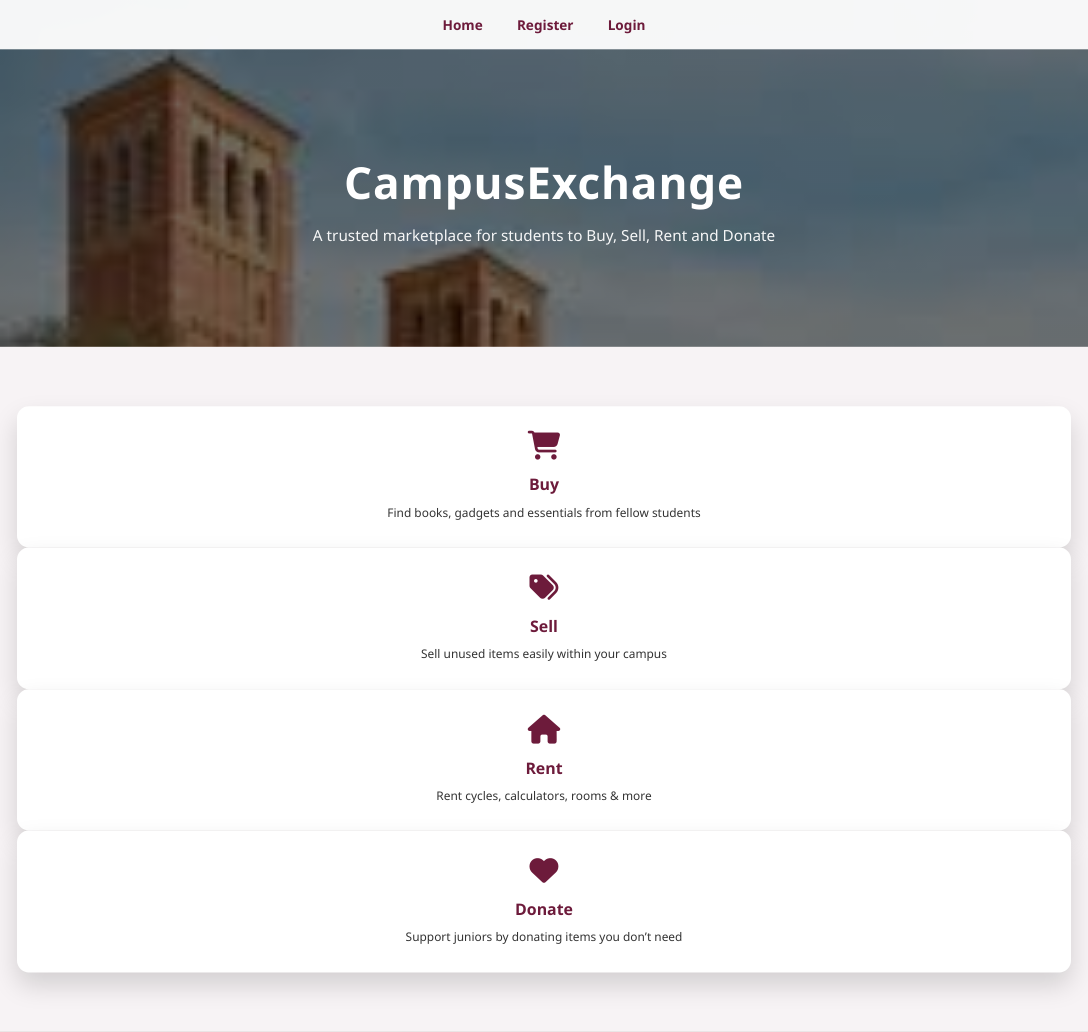
Repository: Sanjaya1822/Campus-Exchange
Page: http://localhost/CampusExchange/
An editor plug-in stored every save of this project. The page is shown before and after the next save, followed by the edit.
The browser window is 1280 px wide. The pictures show the whole page, at 85% of full size.
The page is served by Tomcat 9.

Above is the page before, as saved 2026-02-01 04:54:11.

After the next save:
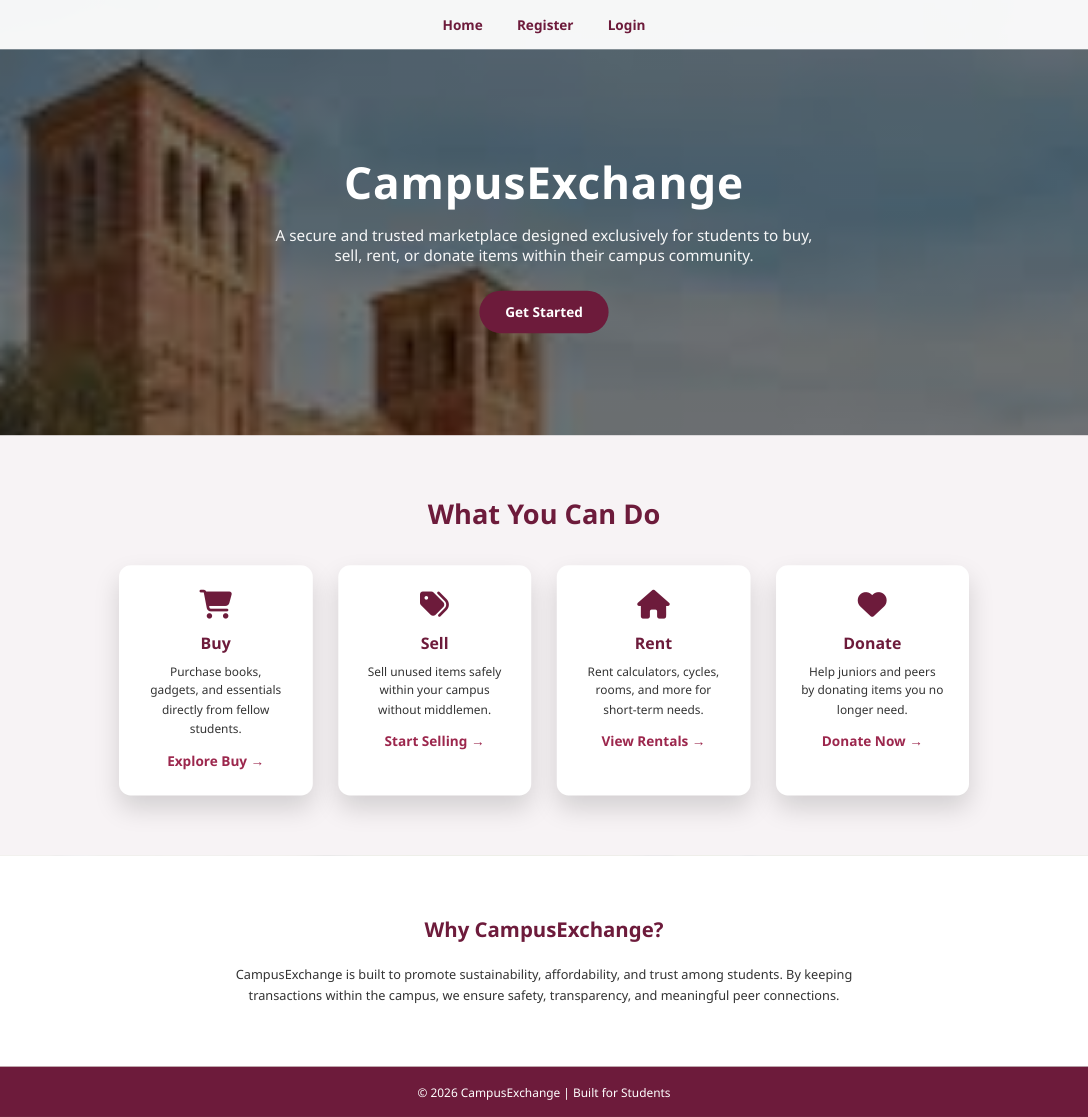
Saved 14 s later.
--- a/CampusExchange/src/main/webapp/index.jsp
+++ b/CampusExchange/src/main/webapp/index.jsp
@@ -16,42 +16,71 @@
     <a href="login.jsp">Login</a>
 </div>
 
-<!-- HERO SECTION -->
+<!-- HERO -->
 <div class="hero">
     <h1>CampusExchange</h1>
-    <p>A trusted marketplace for students to Buy, Sell, Rent and  Donate</p>
+    <p>
+        A secure and trusted marketplace designed exclusively for students
+        to buy, sell, rent, or donate items within their campus community.
+    </p>
+
+    <div class="cta">
+        <a href="login.jsp">Get Started</a>
+    </div>
 </div>
 
 <!-- FEATURES -->
 <div class="features">
+    <h2>What You Can Do</h2>
 
-    <div class="feature-card">
-        <i class="fa fa-shopping-cart"></i>
-        <h3>Buy</h3>
-        <p>Find books, gadgets and essentials from fellow students</p>
+    <div class="feature-grid">
+
+        <div class="feature-card">
+            <i class="fa fa-shopping-cart"></i>
+            <h3>Buy</h3>
+            <p>Purchase books, gadgets, and essentials directly from fellow students.</p>
+            <a href="login.jsp">Explore Buy →</a>
+        </div>
+
+        <div class="feature-card">
+            <i class="fa fa-tags"></i>
+            <h3>Sell</h3>
+            <p>Sell unused items safely within your campus without middlemen.</p>
+            <a href="login.jsp">Start Selling →</a>
+        </div>
+
+        <div class="feature-card">
+            <i class="fa fa-home"></i>
+            <h3>Rent</h3>
+            <p>Rent calculators, cycles, rooms, and more for short-term needs.</p>
+            <a href="login.jsp">View Rentals →</a>
+        </div>
+
+        <div class="feature-card">
+            <i class="fa fa-heart"></i>
+            <h3>Donate</h3>
+            <p>Help juniors and peers by donating items you no longer need.</p>
+            <a href="login.jsp">Donate Now →</a>
+        </div>
+
     </div>
+</div>
 
-    <div class="feature-card">
-        <i class="fa fa-tags"></i>
-        <h3>Sell</h3>
-        <p>Sell unused items easily within your campus</p>
-    </div>
+<!-- INFO -->
+<div class="info">
+    <h2>Why CampusExchange?</h2>
+    <p>
+        CampusExchange is built to promote sustainability, affordability,
+        and trust among students. By keeping transactions within the campus,
+        we ensure safety, transparency, and meaningful peer connections.
+    </p>
+</div>
 
-    <div class="feature-card">
-        <i class="fa fa-home"></i>
-        <h3>Rent</h3>
-        <p>Rent cycles, calculators, rooms & more</p>
-    </div>
-
-    <div class="feature-card">
-        <i class="fa fa-heart"></i>
-        <h3>Donate</h3>
-        <p>Support juniors by donating items you don’t need</p>
-    </div>
-
+<!-- FOOTER -->
+<div class="footer">
+    © 2026 CampusExchange | Built for Students
 </div>
 
 </body>
 
-
 </html>
